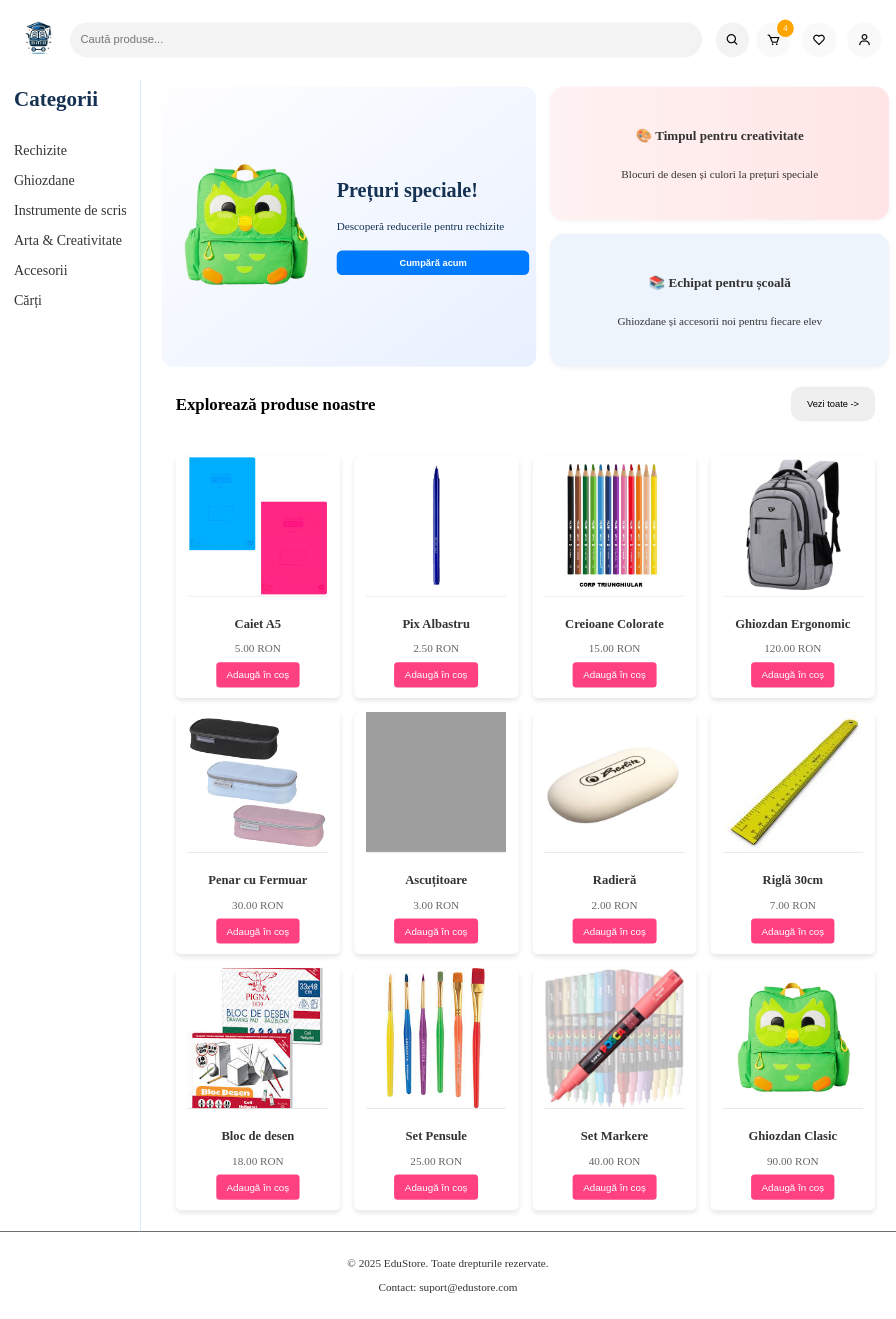
Repository: Roxana5504/WebDev-Project
Page: frontend/index.html
The author's editor kept a copy of each file at every save. The page is drawn from the files as they stood at one save, then again after the next save.
The browser window is 1280 px wide. The pictures show the whole page, at 70% of full size.
Pictures or frames that could not be fetched are drawn as grey boxes.

Above is the page before, as saved 2025-04-23 17:21:48.

### frontend/index.html
<!DOCTYPE html>
<html lang="ro">
  <head>
    <meta charset="UTF-8" />
    <meta name="viewport" content="width=device-width, initial-scale=1.0" />
    <title>Căutare Produse</title>
    <link rel="stylesheet" href="/styles.css" />
    <link
      href="https://cdn.jsdelivr.net/npm/boxicons@2.1.4/css/boxicons.min.css"
      rel="stylesheet"
    />
  </head>

  <body>
    <header class="container-header">
      <div class="logo">
        <img src="/backend/images/logoDWS.png" alt="EduStore" />
      </div>

      <div class="search-bar">
        <button class="sidebar-toggle" id="sidebar-toggle">
          <i class="bx bx-menu"></i>
        </button>
        <input type="text" id="search-input" placeholder="Caută produse..." />
        <button class="search-btn" id="search-btn">
          <i class="bx bx-search"></i>
        </button>
      </div>

      <div class="header-icons">
        <div class="header-icon">
          <span class="cart-items">4</span>
          <i class="bx bx-cart"></i>
        </div>
        <div class="header-icon">
          <i class="bx bx-heart"></i>
        </div>
        <div class="header-icon profile">
          <i class="bx bx-user"></i>
        </div>
      </div>
    </header>

    <div class="main-content">
      <aside class="sidebar">
        <div>
          <h2>Categorii</h2>
          <ul>
            <li>Rechizite</li>
            <li>Ghiozdane</li>
            <li>Instrumente de scris</li>
            <li>Arta & Creativitate</li>
            <li>Accesorii</li>
            <li>Cărți</li>
          </ul>
        </div>
      </aside>

      <div class="container">
        <section class="banner">
          <div class="banner-left">
            <div class="banner-left-content">
              <div class="img-cont">
                <img src="/backend/images/gh.jpg" alt="Oferta specială" />
              </div>

              <div class="banner-text">
                <h2>Prețuri speciale!</h2>
                <p>Descoperă reducerile pentru rechizite</p>
                <button class="buy-now-btn" id="buy-now-btn">
                  Cumpără acum
                </button>
              </div>
            </div>
          </div>

          <div class="banner-right">
            <div class="banner-right-up">
              <h3>🎨 Timpul pentru creativitate</h3>
              <p>Blocuri de desen și culori la prețuri speciale</p>
            </div>
            <div class="banner-right-down">
              <h3>📚 Echipat pentru școală</h3>
              <p>Ghiozdane și accesorii noi pentru fiecare elev</p>
            </div>
          </div>
        </section>

        <section class="products">
          <div class="products-explore-line">
            <h2>Explorează produse noastre</h2>
            <button class="all-products-button">Vezi toate -></button>
          </div>
          <div id="product-list" class="product-list"></div>
        </section>
      </div>
    </div>
    <footer>
      <p>&copy; 2025 EduStore. Toate drepturile rezervate.</p>
      <p>Contact: suport@edustore.com</p>
    </footer>
    <script src="script.js"></script>
  </body>
</html>

### frontend/styles.css
/*CSS Roxana*/
html,
body {
  height: 100%;
  margin: 0;
  padding: 0;
}

.modal-overlay {
  position: fixed;
  top: 0;
  left: 0;
  right: 0;
  bottom: 0;
  background: rgba(0, 0, 0, 0.6);
  display: flex;
  align-items: center;
  justify-content: center;
  padding: 20px;
  z-index: 9999;
  overflow-y: auto;
  box-sizing: border-box;
}

.modal-content {
  display: flex;
  flex-direction: column;
  background: white;
  padding: 20px;
  border-radius: 10px;
  max-width: 800px;
  width: 100%;
  max-height: 90vh;
  overflow-y: auto;
  position: relative;
  box-sizing: border-box;
  align-items: center;
}

.modal-buttons {
  align-items: center;
  display: flex;
  gap: 10px;
  margin-top: 20px;
}

.modal-content button {
  background-color: black;
  color: white;
  font-weight: bold;
  border: none;
  padding: 12px 16px;
  border-radius: 5px;
}

.close-btn {
  position: absolute;
  top: 10px;
  right: 15px;
  font-size: 24px;
  cursor: pointer;
  color: red;
}

.modal-products {
  display: flex;
  flex-wrap: wrap;
  gap: 20px;
}

.modal-product-card {
  width: 200px;
  border: 1px solid #eee;
  border-radius: 10px;
  padding: 10px;
  text-align: center;
}

.modal-product-card img {
  max-width: 100%;
  height: auto;
  border-radius: 5px;
}

.container-header {
  position: sticky;
  top: 0px;
  background-color: white;
  z-index: 98;
  padding: 20px;
  display: flex;
  align-items: center;
  justify-content: space-between;
  width: 100%;
  box-sizing: border-box;
  flex-wrap: wrap;
  gap: 10px;
}

.logo img {
  height: 70px;
  cursor: pointer;
}

.search-bar {
  flex: 1;
  gap: 20px;
  display: flex;
  align-items: center;
  position: relative;
  max-width: 1000px;
}

.search-btn {
  width: 50px;
  height: 50px;
  border-radius: 100%;
  border: none;
  background-color: #f3f3f3;
  display: flex;
  justify-content: center;
  align-items: center;
  cursor: pointer;
  font-size: 20px;
}

.search-bar input {
  min-width: 200px;
  width: 100%;
  height: 50px;
  padding: 10px 15px;
  border-radius: 50px;
  border: none;
  background-color: #f3f3f3;
  font-size: 16px;
  outline: none;
  box-sizing: border-box;
}

.header-icons {
  display: flex;
  align-items: center;
  gap: 15px;
}

.header-icon {
  position: relative;
  width: 50px;
  height: 50px;
  background-color: #f9f9f9;
  border-radius: 50%;
  display: flex;
  justify-content: center;
  align-items: center;
  cursor: pointer;
}

.header-icon i {
  font-size: 20px;
  color: black;
}

.cart-items {
  position: absolute;
  top: -4px;
  right: -4px;
  background-color: orange;
  color: white;
  font-size: 12px;
  border-radius: 100%;
  padding: 5px 9px;
}

.main-content {
  display: flex;
  flex: 1;
  box-sizing: border-box;
  justify-content: left;
}

.container {
  flex: 1;
  width: 100%;
  margin: 0px auto;
  display: flex;
  flex-direction: column;
  padding: 10px;
  max-width: 1200px;
  box-sizing: border-box;
  justify-content: flex-start;
}

.sidebar {
  position: relative;
  height: auto;
  width: 200px;
  padding-right: 0px;
  margin-right: 20px;
  border-right: 1px solid rgb(203, 227, 255);
}

.sidebar div {
  position: sticky;
  top: 0px;
  background-color: white;
  z-index: 99;
}

.sidebar h2 {
  padding: 10px 0 10px 20px;
  font-size: 30px;
  font-weight: bold;
  margin-top: 0px;
  color: rgb(22, 50, 82);
}

.sidebar ul {
  list-style: none;
  padding: 0;
  margin: 0;
  margin-left: 20px;
}

.sidebar ul li {
  padding: 10px 0;
  font-size: 20px;
  color: #333;
  cursor: pointer;
  transition: color 0.3s ease;
}

.sidebar ul li:hover {
  color: #0d4e5a;
}

.sidebar-toggle {
  background: none;
  border: none;
  font-size: 25px;
  cursor: pointer;
  display: none;
}

.banner {
  display: flex;
  flex-wrap: wrap;
  gap: 20px;
  width: 100%;
  box-sizing: border-box;
}

.banner-left {
  box-sizing: border-box;
  background: linear-gradient(to bottom right, #fefeff, #e8f0ff);
  border-radius: 16px;
  padding: 10px;
  position: relative;
  display: flex;
  align-items: center;
  justify-content: space-between;
  flex: 1 1 50%;
}

.banner-left-content {
  display: flex;
  gap: 20px;
  align-items: center;
  flex-wrap: wrap;
  width: 100%;
}

.banner-left-content img {
  width: 100%;
  max-width: 220px;
  height: auto;
  border-radius: 10px;
  object-fit: cover;
}

.banner-text {
  flex: 1;
  display: flex;
  flex-direction: column;
  gap: 10px;
}

.banner-text h2 {
  font-size: 1.8rem;
  color: rgb(22, 50, 82);
  margin: 0;
}

.banner-text p {
  font-size: 1rem;
  color: rgb(22, 50, 82);
}

.buy-now-btn {
  background-color: #007bff;
  color: white;
  border: none;
  padding: 10px 16px;
  border-radius: 8px;
  font-weight: bold;
  cursor: pointer;
  transition: background 0.3s ease;
}

.buy-now-btn:hover {
  background-color: #0056b3;
}

.banner-right {
  flex: 1 1 45%;
  display: flex;
  flex-direction: column;
  justify-content: space-between;
  gap: 20px;
  min-width: 300px;
}

.banner-right-up,
.banner-right-down {
  border-radius: 20px;
  padding: 20px;
  text-align: center;
  min-height: 150px;
  display: flex;
  flex-direction: column;
  justify-content: center;
  box-shadow: 0 2px 6px rgba(0, 0, 0, 0.05);
}

.banner-right-up {
  background: linear-gradient(to right, #fff2f2, #ffe5e5);
  color: #333;
}

.banner-right-down {
  background: #eef4fc;
  color: #333;
}

footer {
  text-align: center;
  padding: 20px;
  border-top: 1px solid #333;
  color: #333;
  background-color: white;
}

.products-explore-line {
  display: flex;
  justify-content: space-between;
  width: 100%;
  box-sizing: border-box;
  align-items: center;
  padding: 20px;
}

.all-products-button {
  border: none;
  border-radius: 16px;
  padding: 0px 10px;
  width: 120px;
  height: 50px;
  cursor: pointer;
}

@media (max-width: 768px) {
  .search-bar {
    gap: 10px;
    width: 100%;
    margin: 0px;
    order: 1;
    display: flex;
    justify-content: center;
  }

  .search-bar input {
    flex: 1;
    margin: 0 10px;
  }

  .banner {
    flex-direction: column;
  }

  .banner-left {
    width: 100%;
    flex: none;
  }

  .banner-right {
    flex-direction: row;
    flex-wrap: wrap;
    width: 100%;
    gap: 20px;
  }

  .banner-right-up,
  .banner-right-down {
    flex: 1 1 48%;
    min-width: 48%;
    padding: 15px;
  }
}

@media (max-width: 600px) {
  .modal-products {
    flex-direction: column;
    align-items: center;
  }

  .modal-product-card {
    width: 100%;
    max-width: 300px;
  }
  .sidebar {
    width: 30%;
    z-index: 99;
    transform: translateX(-100%);
    display: none;
  }

  .sidebar-toggle {
    display: block;
  }

  .sidebar.open {
    transform: translateX(0);
    display: block;
  }

  .sidebar h2 {
    font-size: 22px;
  }

  .sidebar ul li {
    font-size: 16px;
  }
}

/*Sfarsit CSS Roxana*/

.product-list {
  display: grid;
  grid-template-columns: repeat(auto-fit, minmax(220px, 1fr));
  gap: 20px;
  padding: 20px;
}

.product-card {
  background: white;
  border-radius: 8px;
  box-shadow: 0px 4px 8px rgba(0, 0, 0, 0.1);
  overflow: hidden;
  text-align: center;
  transition: transform 0.2s ease-in-out;
}

.product-card:hover {
  transform: scale(1.05);
}

.product-card img {
  width: 100%;
  height: 200px;
  object-fit: cover;
  border-bottom: 1px solid #ddd;
}

.product-card .product-info {
  padding: 15px;
}

.product-card h3 {
  font-size: 18px;
  margin: 10px 0;
  color: #333;
}

.product-card p {
  font-size: 16px;
  color: #666;
  margin-bottom: 10px;
}

.product-card button {
  background: #ff4081;
  color: white;
  border: none;
  padding: 10px 15px;
  border-radius: 5px;
  cursor: pointer;
  font-size: 14px;
  transition: background 0.3s;
}

.product-card button:hover {
  background: #e6006e;
}

@media (max-width: 768px) {
  .product-list {
    grid-template-columns: repeat(auto-fit, minmax(180px, 1fr));
  }
}

### frontend/script.js
//Roxana
document.addEventListener("DOMContentLoaded", function () {
  const categoryItems = document.querySelectorAll("aside li")
  const productList = document.getElementById("product-list")
  let products = []

  fetch("/products.json")
    .then((response) => {
      if (!response.ok) {
        throw new Error("Eroare la încărcarea fișierului products.json")
      }
      return response.json()
    })
    .then((data) => {
      products = data.products.map((product) => {
        const name = product.name.toLowerCase()
        let category = "altele"

        if (name.includes("ghiozdan")) category = "ghiozdane"
        else if (
          name.includes("pix") ||
          name.includes("creion") ||
          name.includes("marker") ||
          name.includes("pensul")
        )
          category = "arta-creativitate"
        else if (
          name.includes("radier") ||
          name.includes("ascuțitoare") ||
          name.includes("rigl")
        )
          category = "accesorii"
        else if (
          name.includes("caiet") ||
          name.includes("penar") ||
          name.includes("bloc")
        )
          category = "rechizite"

        return { ...product, category }
      })

      renderProducts()
    })
    .catch((error) => {
      console.error("Eroare la încărcare produse:", error)
    })

  function renderProducts() {
    productList.innerHTML = ""
    products.forEach((product) => {
      const productCard = document.createElement("div")
      productCard.classList.add("product-card")
      productCard.setAttribute("data-category", product.category)
      productCard.innerHTML = `
        <img src="${product.image}" alt="${
        product.name
      }" style="width: 200px; height: 200px; object-fit: cover;">
        <div class="product-info">
          <h3>${product.name}</h3>
          <p>${product.price.toFixed(2)} RON</p>
          <button>Adaugă în coș</button>
        </div>
      `
      productList.appendChild(productCard)
    })
  }

  categoryItems.forEach((item) => {
    item.addEventListener("click", function () {
      const category = this.textContent
        .trim()
        .toLowerCase()
        .replace(/\s+/g, "-")
      const productCards = document.querySelectorAll(".product-card")

      productCards.forEach((product) => {
        if (
          product.getAttribute("data-category") === category ||
          category === "toate"
        ) {
          product.style.display = "flex"
        } else {
          product.style.display = "none"
        }
      })
    })
  })
})

document.getElementById("search-btn").addEventListener("click", () => {
  const query = document.getElementById("search-input").value.trim()

  fetch(`/products/${query}`)
    .then((res) => {
      if (!res.ok) throw new Error("Server error: " + res.status)
      return res.json()
    })
    .then((data) => {
      if (data.length > 0) {
        showModalWithProducts(data)
      } else {
        showNoProductFoundModal(query)
      }
    })
    .catch((err) => {
      console.error("Eroare:", err)
    })
})

document.getElementById("buy-now-btn").addEventListener("click", () => {
  const query = "Ghiozdan Clasic"
  fetch(`/products/${query}`)
    .then((res) => {
      if (!res.ok) throw new Error("Server error: " + res.status)
      return res.json()
    })
    .then((data) => {
      if (data.length > 0) {
        showModalWithProducts(data)
      } else {
        showNoProductFoundModal(query)
      }
    })
    .catch((err) => {
      console.error("Eroare:", err)
    })
})

function showModalWithProducts(products) {
  let modalHTML = `
      <div id="product-modal" class="modal-overlay">
        <div class="modal-content">
          <span class="close-btn" onclick="closeModal()">&times;</span>
          <h2>Rezultate Căutare</h2>
          <div class="modal-products">
    `

  products.forEach((product) => {
    modalHTML += `
        <div class="modal-product-card">
          <img src="${product.image}" alt="${product.name}" />
          <h3>${product.name}</h3>
          <p>Preț: ${product.price} lei</p>
          <p>Cantitate: ${product.quantity ?? "Nespecificat"}</p>
        </div>
      `
  })

  modalHTML += `
          </div>
        </div>
      </div>
    `

  document.body.insertAdjacentHTML("beforeend", modalHTML)
}

function showNoProductFoundModal(query) {
  const modalHTML = `
      <div id="product-modal" class="modal-overlay">
        <div class="modal-content">
          <span class="close-btn" onclick="closeModal()">&times;</span>
          <h2>Produs negăsit</h2>
          <p>Nu am găsit produsul <strong>"${query}"</strong>.</p>
          <p>Dorești să îl adaugi în magazin?</p>
          <div class="modal-buttons">
          <button onclick="openAddProductForm('${query}')">Adaugă produs</button>
          <button onclick="closeModal()">Încearcă din nou</button></div>
        </div>
      </div>
    `
  document.body.insertAdjacentHTML("beforeend", modalHTML)
}

function closeModal() {
  const modal = document.getElementById("product-modal")
  if (modal) modal.remove()
}

const sidebarToggle = document.getElementById("sidebar-toggle")
const sidebar = document.querySelector(".sidebar")

sidebarToggle.addEventListener("click", () => {
  sidebar.classList.toggle("open")
})
//Sfarsit cod Roxana

### backend/products.json
{
  "products": [
    { "name": "Caiet A5", "price": 5.0, "image": "/backend/images/caiet.jpg" },
    {
      "name": "Pix Albastru",
      "price": 2.5,
      "image": "/backend/images/pix.jpg",
      "quantity": 20
    },
    {
      "name": "Creioane Colorate",
      "price": 15.0,
      "image": "/backend/images/creioane.jpg",
      "quantity": 20
    },
    {
      "name": "Ghiozdan Ergonomic",
      "price": 120.0,
      "image": "/backend/images/ghiozdan.jpg",
      "quantity": 20
    },
    {
      "name": "Penar cu Fermuar",
      "price": 30.0,
      "image": "/backend/images/penar.jpg",
      "quantity": 20
    },
    {
      "name": "Ascuțitoare",
      "price": 3.0,
      "image": "/backend/images/ascutitoare.jpg",
      "quantity": 20
    },

    {
      "name": "Radieră",
      "price": 2.0,
      "image": "/backend/images/radiera.jpg",
      "quantity": 20
    },
    {
      "name": "Riglă 30cm",
      "price": 7.0,
      "image": "/backend/images/rigla.jpg",
      "quantity": 20
    },
    {
      "name": "Bloc de desen",
      "price": 18.0,
      "image": "/backend/images/blocdesen.jpg",
      "quantity": 20
    },
    {
      "name": "Set Pensule",
      "price": 25.0,
      "image": "/backend/images/pensule.jpg",
      "quantity": 20
    },
    {
      "name": "Set Markere",
      "price": 40.0,
      "image": "/backend/images/markere.jpg",
      "quantity": 20
    },
    {
      "name": "Ghiozdan Clasic",
      "price": 90.0,
      "image": "/backend/images/gh.jpg",
      "quantity": 20
    }
  ]
}

After the next save:
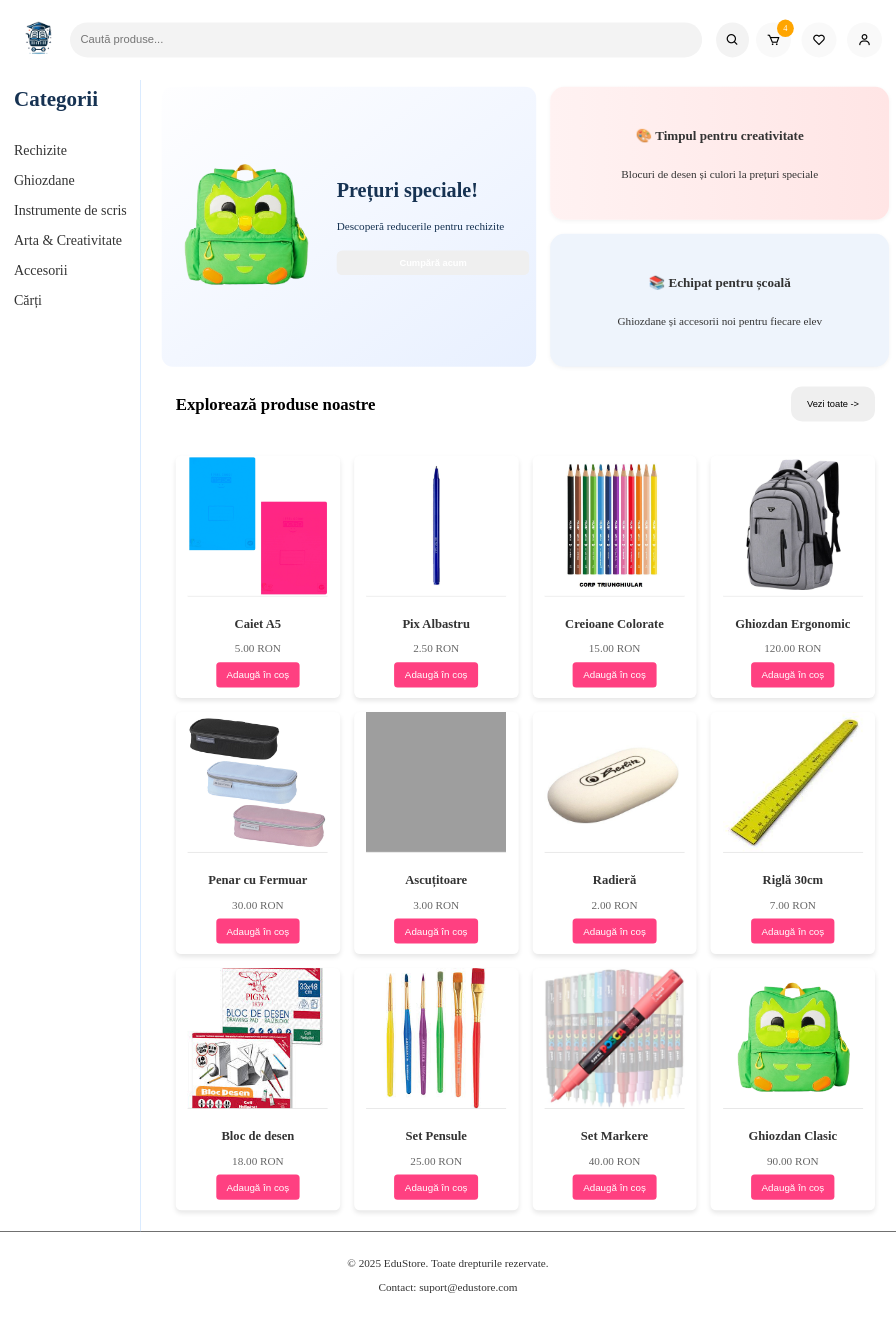
Saved 10 s later.
--- a/frontend/styles.css
+++ b/frontend/styles.css
@@ -296,7 +296,7 @@ body {
 }
 
 .buy-now-btn {
-  background-color: #007bff;
+  background-color:  color: rgb(22, 50, 82);;
   color: white;
   border: none;
   padding: 10px 16px;
